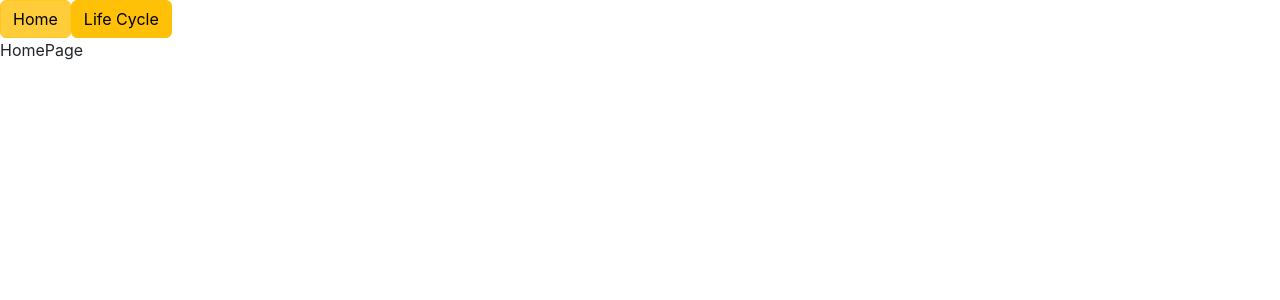
Repository: quangsiDev/bc54_react_base
Page: /
An editor plug-in stored every save of this project. The page is shown before and after a run of saves, followed by the edit.
The browser window is 1280 px wide. The pictures show the whole page.
The project was rebuilt for these pictures with package versions that can differ from the ones it lists, and the page was loaded fresh each time. Also part of the build but not shown: src/App.css, src/Page/LifeCycle/LifeCycle.js, src/Page/LoginPage/LoginPage.js.

Above is the page before, as saved 2023-11-13 18:30:14.

After the next 2 saves:
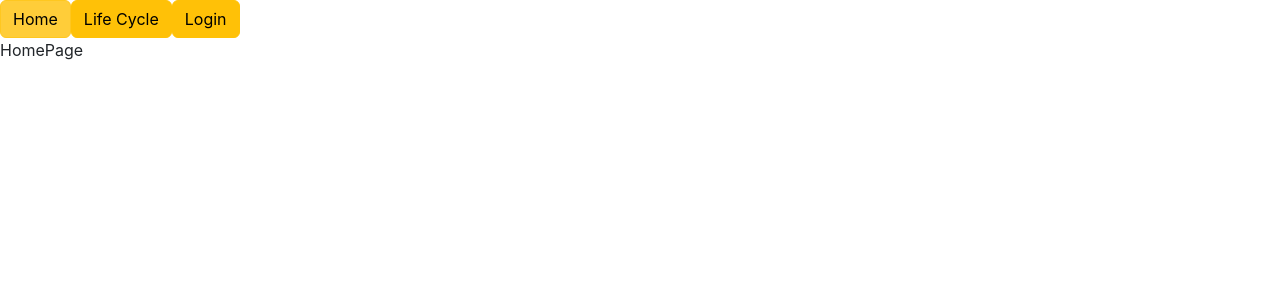
The 2 saves are shown as one change because they came seconds apart.
The last was saved 4 min 58 s later.
--- a/src/Components/Header/Header.js
+++ b/src/Components/Header/Header.js
@@ -11,6 +11,9 @@ export default class Header extends Component {
         <NavLink to="/life-cycle" className="btn btn-warning">
           Life Cycle
         </NavLink>
+        <NavLink to="/login" className="btn btn-warning">
+          Login
+        </NavLink>
       </div>
     );
   }
